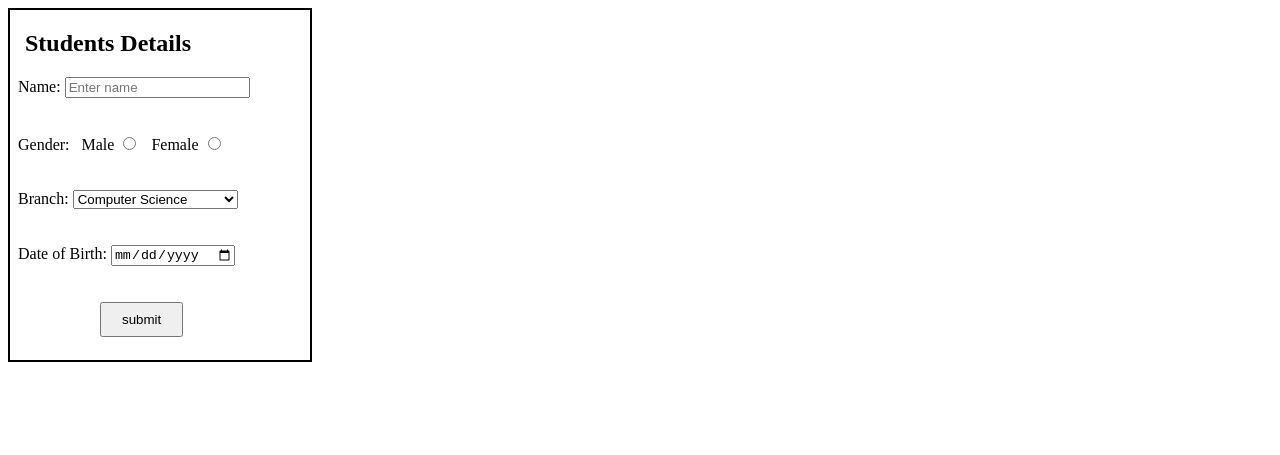
Repository: netravatih-paycorp/Assignments
Page: http://localhost/SpringMVC3C/
An editor plug-in stored every save of this project. The page is shown before and after the next save, followed by the edit.
The browser window is 1280 px wide. The pictures show the whole page.
The page is served by Tomcat 9. Other server files are loaded and not shown.

Above is the page before, as saved 2023-07-24 11:21:46.

### SpringMVC3C/src/main/webapp/home.jsp
<html>
<head>
<script>
function validateDate()
{
	 var input= document.getElementById("DOB").value;

	 var today = new Date();
	 var selectedDate = new Date(input);

	    if (selectedDate >= today) {
	        alert("Invalid date of birth..!");

	    }
	    else
	    	{
	    	alert("valid date of Birth..")
	    	document.getElementById("saveForm").submit();
	    	}
}
</script>

<style>
.h{
        background-color: white;
        border: 2px solid black;
        height:350px;
        width:300px;
        align:center;


}

button
      {
        padding: 8px 20px;
        margin-left: 90px;

      }

      label{
         margin-left: 8px;

       }
</style>

</head>

<body>
<div class="h">
    <form action="save" method="post" id="saveForm" >
     <h2 style="margin-left:15px;"> Students Details</h2>

	<label>Name:</label>
    <input type="text" name="name" placeholder="Enter name">
		<br>
		<br><br>

		<label>Gender:</label>
		<label>Male</label>	<input type="radio" name="gender" value="male">
		<label>Female</label>	<input type="radio" name="gender" value="female">
		 <br>
		 <br><br>

		 <label>Branch:</label>
		 <select  name="branch" >
           <option>Computer Science</option>
           <option>Electrical Engineering</option>
           <option >Mechanical Engineering</option>
           <option>Civil Engineering</option>
           <option>E&C Engineering</option>
           </select>
       <br>
       <br><br>

       <label>Date of Birth:</label>
		 <input type="date" id="DOB" name="DOB" >
        <br>
        <br><br>

		<button onClick="validateDate()" type="button">submit</button>
	</form>

</div>
	<br><br>


</body>
</html>

### SpringMVC3C/src/main/java/com/ty/demo/Student.java
package com.ty.demo;

import javax.persistence.Entity;
import javax.persistence.GeneratedValue;
import javax.persistence.GenerationType;
import javax.persistence.Id;

@Entity
public class Student
{
	@Id
	@GeneratedValue(strategy = GenerationType.IDENTITY)
	private int id;
	private String name;
	private String branch;
	private String DOB;
	private String gender;
	public int getId() {
		return id;
	}
	public void setId(int id) {
		this.id = id;
	}
	public String getName() {
		return name;
	}
	public void setName(String name) {
		this.name = name;
	}
	public String getBranch() {
		return branch;
	}
	public void setBranch(String branch) {
		this.branch = branch;
	}

	public String getGender() {
		return gender;
	}
	public void setGender(String gender) {
		this.gender = gender;
	}
	public String getDOB() {
		return DOB;
	}
	public void setDOB(String dOB) {
		DOB = dOB;
	}



}

After the next save:
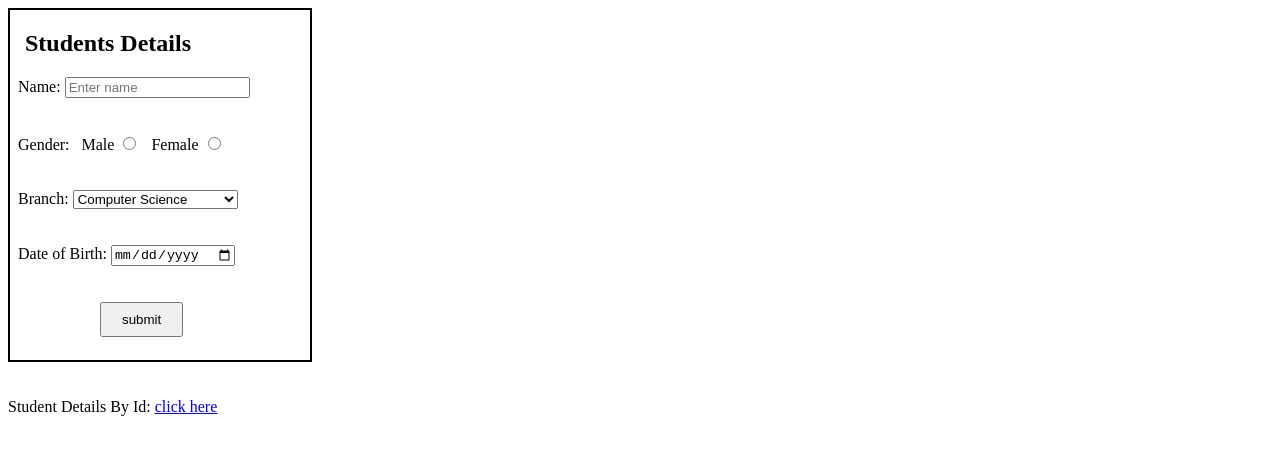
Saved 3 min 24 s later.
--- a/SpringMVC3C/src/main/webapp/home.jsp
+++ b/SpringMVC3C/src/main/webapp/home.jsp
@@ -84,6 +84,8 @@ button
 </div>
 	<br><br>
 
+	Student Details By Id: <a href="get,jsp">click here</a>
+
 
 </body>
 </html>
